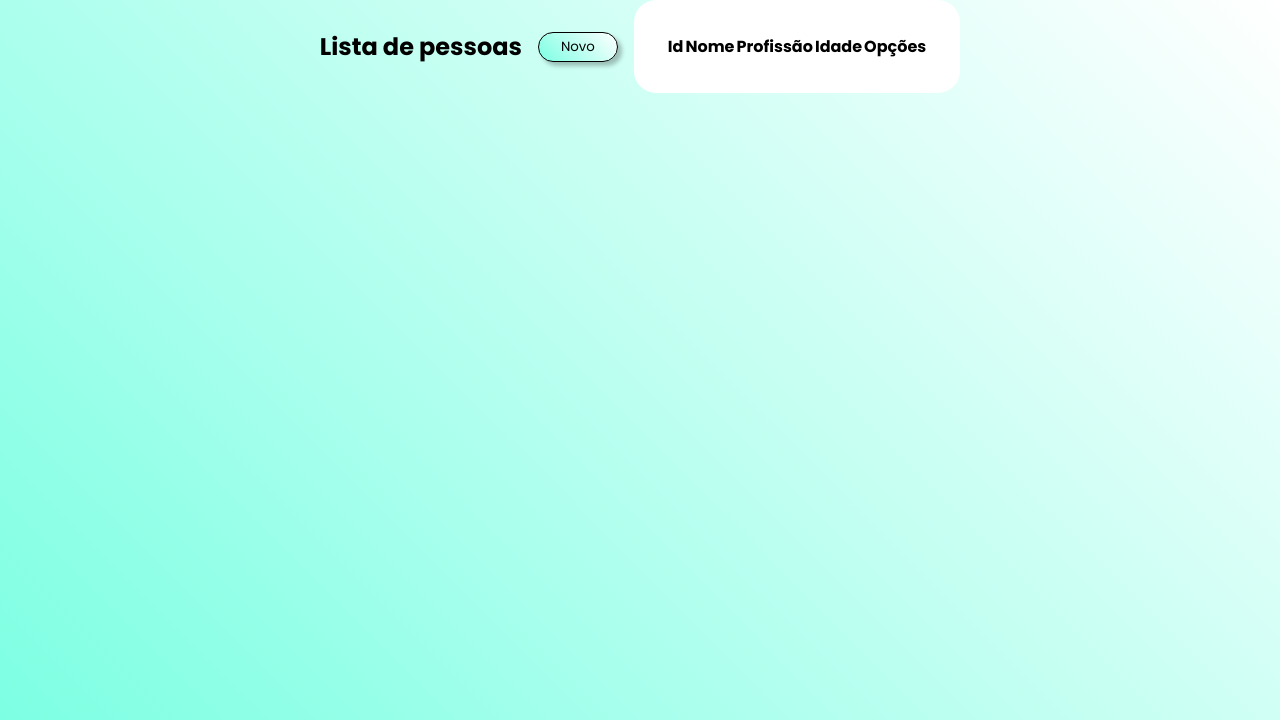
Repository: alef-torres/TesteUnicontrol
Page: http://localhost/desafioUnicontrol/main
An editor plug-in stored every save of this project. The page is shown before and after the next save, followed by the edit.
The browser window is 1280 px wide. The pictures show the whole page.
The page is served by Tomcat 9. Other server files are loaded and not shown. Queries for data that is not in the repository find no rows.

Above is the page before, as saved 2024-02-10 22:55:32.

### DesafioUnicontrol/desafioUnicontrol/src/main/webapp/pesquisa.jsp
<%@ page language="java" contentType="text/html; charset=utf-8"
	pageEncoding="utf-8"%>
<%@ page import="model.JavaBeans"%>
<%@ page import="java.util.ArrayList"%>



<%
ArrayList<JavaBeans> lista = (ArrayList<JavaBeans>) request.getAttribute("pessoas");
%>


<!DOCTYPE html>
<html lang="pt-br">

<head>
<meta charset="UTF-8">
<title>Pessoas</title>
<link rel="stylesheet" href="estilo/pesquisa.css">
</head>

<body>
	<section>
		<div>
			<h1>Lista de pessoas</h1>
			<a href="index.html"><button>Novo</button></a>



			<table>
				<thead>
					<tr>
						<th>Id</th>
						<th>Nome</th>
						<th>Profissão</th>
						<th>Idade</th>
						<th>Opções</th>
					</tr>
				</thead>

				<tbody>
					<%
					for (int i = 0; i < lista.size(); i++) {
					%>
					<tr>
						<td><%=lista.get(i).getIdcon()%></td>
						<td><%=lista.get(i).getNome()%></td>
						<td><%=lista.get(i).getProfissao()%></td>
						<td><%=lista.get(i).getIdade()%></td>
						<td><a href="select?idcon=<%=lista.get(i).getIdcon()%>>">Editar</a>
							<a href="javascript: confirmar(<%=lista.get(i).getIdcon()%>)">Excluir</a>
						</td>

					</tr>
					<%
					}
					%>
				</tbody>
			</table>
		</div>
	</section>



	<script src="scripts/confirmador.js"></script>
</body>

</html>

### DesafioUnicontrol/desafioUnicontrol/src/main/java/controler/Controler.java
package controler;

import java.io.IOException;
import java.util.ArrayList;

import javax.servlet.RequestDispatcher;
import javax.servlet.ServletException;
import javax.servlet.annotation.WebServlet;
import javax.servlet.http.HttpServlet;
import javax.servlet.http.HttpServletRequest;
import javax.servlet.http.HttpServletResponse;

import model.DAO;
import model.JavaBeans;

@WebServlet(urlPatterns = { "/Controller", "/main", "/insert", "/select", "/update", "/delete" })
public class Controler extends HttpServlet {
	private static final long serialVersionUID = 1L;
	DAO dao = new DAO();
	JavaBeans pessoa = new JavaBeans();

	public Controler() {
		super();

	}

	protected void doGet(HttpServletRequest request, HttpServletResponse response)
			throws ServletException, IOException {

		String action = request.getServletPath();
		System.out.println(action);
		if (action.equals("/main")) {
			pesquisa(request, response);
		} else if (action.equals("/insert")) {
			novaPessoa(request, response);
		} else if (action.equals("/select")) {
			listarPessoas(request, response);
		} else if (action.equals("/update")) {
			editarPessoa(request, response);
		} else if (action.equals("/delete")) {
			deletarPessoa(request, response);
		} else {
			response.sendRedirect("index.html");
		}

	}

	protected void pesquisa(HttpServletRequest request, HttpServletResponse response)
			throws ServletException, IOException {

		ArrayList<JavaBeans> listaDePessoas = dao.listarPessoas();

		request.setAttribute("pessoas", listaDePessoas);
		RequestDispatcher rd = request.getRequestDispatcher("pesquisa.jsp");
		rd.forward(request, response);
	}

	protected void novaPessoa(HttpServletRequest request, HttpServletResponse response)
			throws ServletException, IOException {

		// enviando para as variaveis JavaBeans

		pessoa.setNome(request.getParameter("name"));
		pessoa.setProfissao(request.getParameter("profissao"));
		pessoa.setIdade(request.getParameter("idade"));

		// invocar o metodo insertPessoa passando o objeto pessoa

		dao.insertPessoas(pessoa);

		// retornando para a pagina index
		response.sendRedirect("index.html");
	}

	protected void listarPessoas(HttpServletRequest request, HttpServletResponse response)
			throws ServletException, IOException {
		String idcon = request.getParameter("idcon");

		pessoa.setIdcon(idcon);

		dao.selecionarPessoa(pessoa);

		request.setAttribute("idcon", pessoa.getIdcon());
		request.setAttribute("nome", pessoa.getNome());
		request.setAttribute("profissao", pessoa.getProfissao());
		request.setAttribute("idade", pessoa.getIdade());

		RequestDispatcher rd = request.getRequestDispatcher("editar.jsp");
		rd.forward(request, response);

	}

	protected void editarPessoa(HttpServletRequest request, HttpServletResponse response)
			throws ServletException, IOException {

		pessoa.setIdcon(request.getParameter("idcon"));
		pessoa.setNome(request.getParameter("nome"));
		pessoa.setProfissao(request.getParameter("profissao"));
		pessoa.setIdade(request.getParameter("idade"));

		dao.alterarContanto(pessoa);

		response.sendRedirect("main");

	}

	protected void deletarPessoa(HttpServletRequest request, HttpServletResponse response)
			throws ServletException, IOException {
		String idcon = request.getParameter("idcon");
		System.out.println(idcon);

		pessoa.setIdcon(idcon);

		dao.deleterPessoas(pessoa);

		response.sendRedirect("main");

	}

}

### DesafioUnicontrol/desafioUnicontrol/src/main/webapp/estilo/pesquisa.css
@charset "UTF-8";

@import url('https://fonts.googleapis.com/css2?family=Poppins:wght@100;300;400;500;600;700&display=swap');

* {
    margin: 0;
    padding: 0;
    font-family: 'Poppins';
    text-decoration: none;
}

body {
    width: 100%;
    height: 100vh;
    background: linear-gradient(45deg, #7DFFE3, #fff);
}

section {
    display: flex;
    flex-direction: column;
    justify-content: space-around;
    align-items: center;
}

div {
	height: 100%;
    display: flex;
    flex-direction: row;
    justify-content: space-around;
    align-items: center;
    gap: 1rem;
}

.principal {
    margin-top: auto;
    height: 100%;
    display: flex;
    flex-direction: row;
    justify-content: space-around;
    align-items: center;
}

.formulario-de-cadastro {
    display: flex;
    flex-direction: column;
    padding: 2rem;
    background: #fff;
    border-radius: 10px;
}

#btn {
    display: flex;
    flex-direction: row;
    align-items: center;
    justify-content: space-around;
    margin-top: 1rem;
}

button {
    width: 80px;
    height: 30px;
    border: solid 1px black;
    border-radius: 22px;
    background: linear-gradient(45deg, #7DFFE3, #fff);
    color: black;
    cursor: pointer;
    box-shadow: 4px 4px 4px rgba(0, 0, 0, 0.25);
}

#btn-enviar {
    background: linear-gradient(-45deg, #7DFFE3, #fff);
}

a {
    color: black;
}

table {
    background: #fff;
    border-radius: 22px;
    padding: 2rem;
}

### DesafioUnicontrol/desafioUnicontrol/src/main/webapp/scripts/confirmador.js



function confirmar(idcon){
	let resposta = confirm("Comfirma a exclusão desta pessoa?")
	if (resposta === true){
		//alert(idcon)
		window.location.href = 'delete?idcon=' + idcon
	}
}

After the next save:
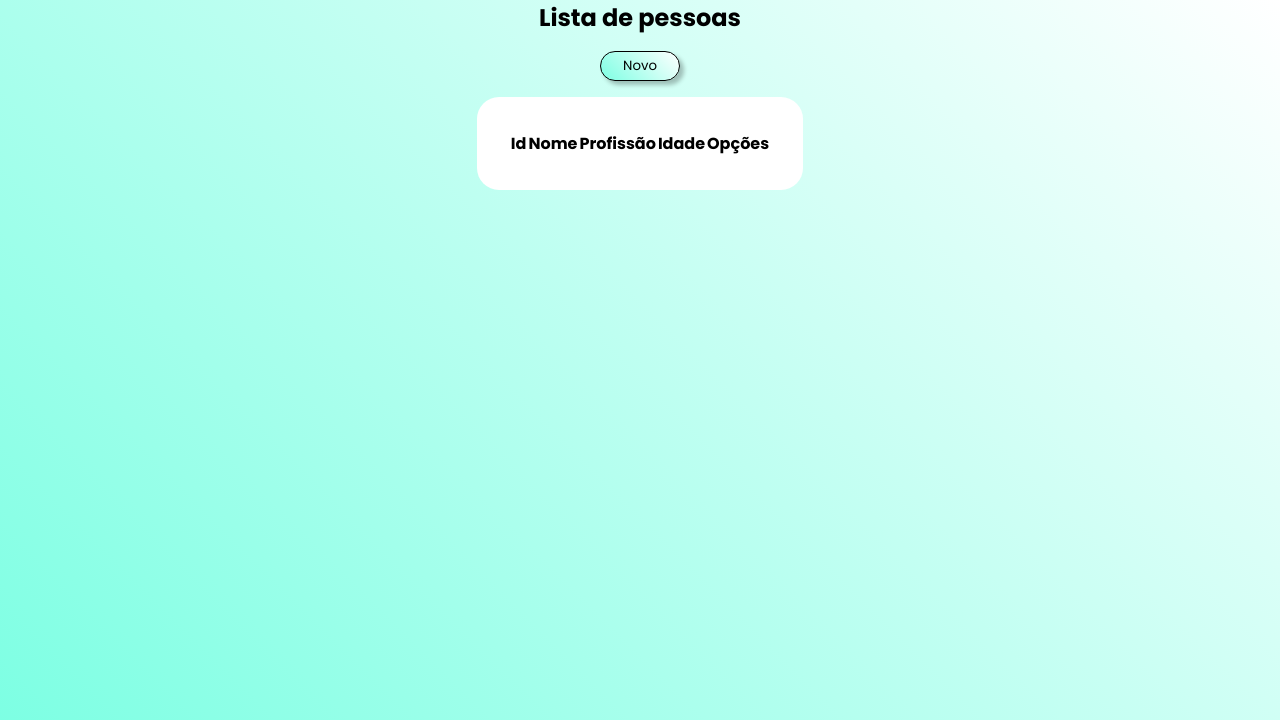
Saved 66 s later.
--- a/DesafioUnicontrol/desafioUnicontrol/src/main/webapp/estilo/pesquisa.css
+++ b/DesafioUnicontrol/desafioUnicontrol/src/main/webapp/estilo/pesquisa.css
@@ -25,7 +25,7 @@ section {
 div {
 	height: 100%;
     display: flex;
-    flex-direction: row;
+    flex-direction: column;
     justify-content: space-around;
     align-items: center;
     gap: 1rem;
